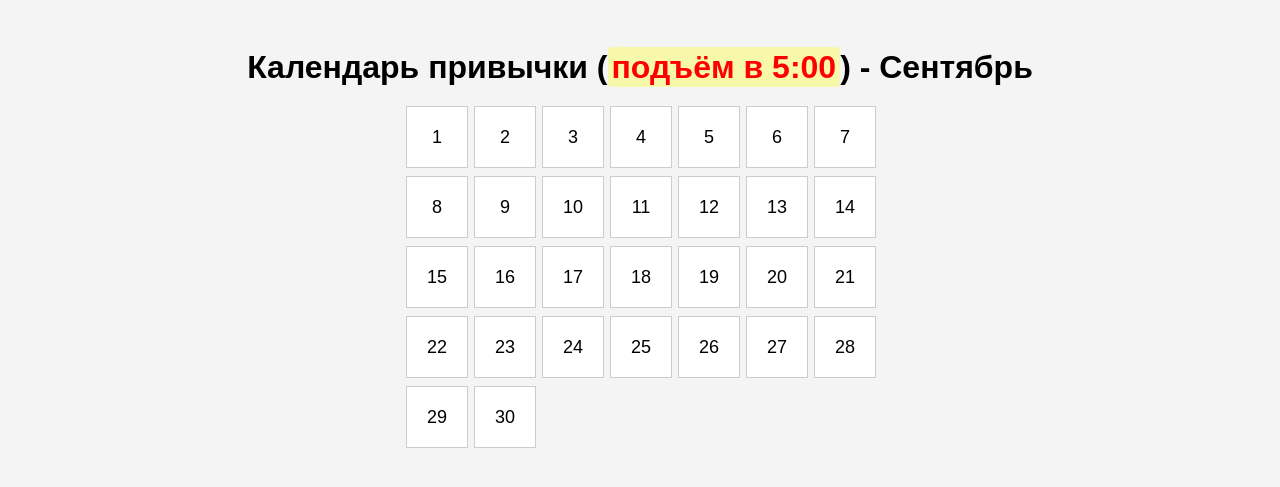
Repository: Pavel1776/doublecalendar
Page: index.html
The author's editor kept a copy of each file at every save. The page is drawn from the files as they stood at one save, then again after the next save.
The browser window is 1280 px wide. The pictures show the whole page.

Above is the page before, as saved 2025-09-17 08:11:44.

After the next save:
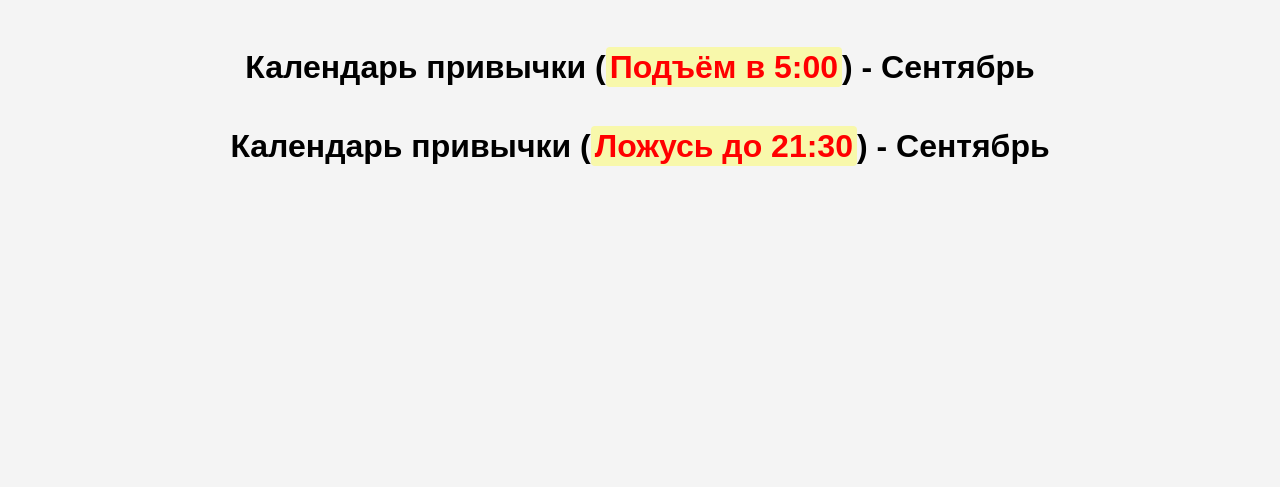
Console error: TypeError: Cannot read properties of null (reading 'appendChild')
Saved 6 h 51 min later.
--- a/index.html
+++ b/index.html
@@ -5,13 +5,16 @@
   <meta charset="UTF-8">
   <meta name="viewport" content="width=device-width, initial-scale=1.0">
   <link href="style.css" rel="stylesheet">
-  <title>Календарь привычки</title>
+  <title>Календарь привычек</title>
 </head>
 
 <body>
 
-  <h1>Календарь привычки (<span class="highlight">подъём в 5:00</span>) - Сентябрь</h1>
-  <div class="calendar" id="calendar"></div>
+  <h1>Календарь привычки (<span class="highlight">Подъём в 5:00</span>) - Сентябрь</h1>
+  <div class="calendar" id="calendar-morning"></div>
+
+  <h1>Календарь привычки (<span class="highlight">Ложусь до 21:30</span>) - Сентябрь</h1>
+  <div class="calendar" id="calendar-bedtime"></div>
 
   <script src="script.js"></script>
 </body>
